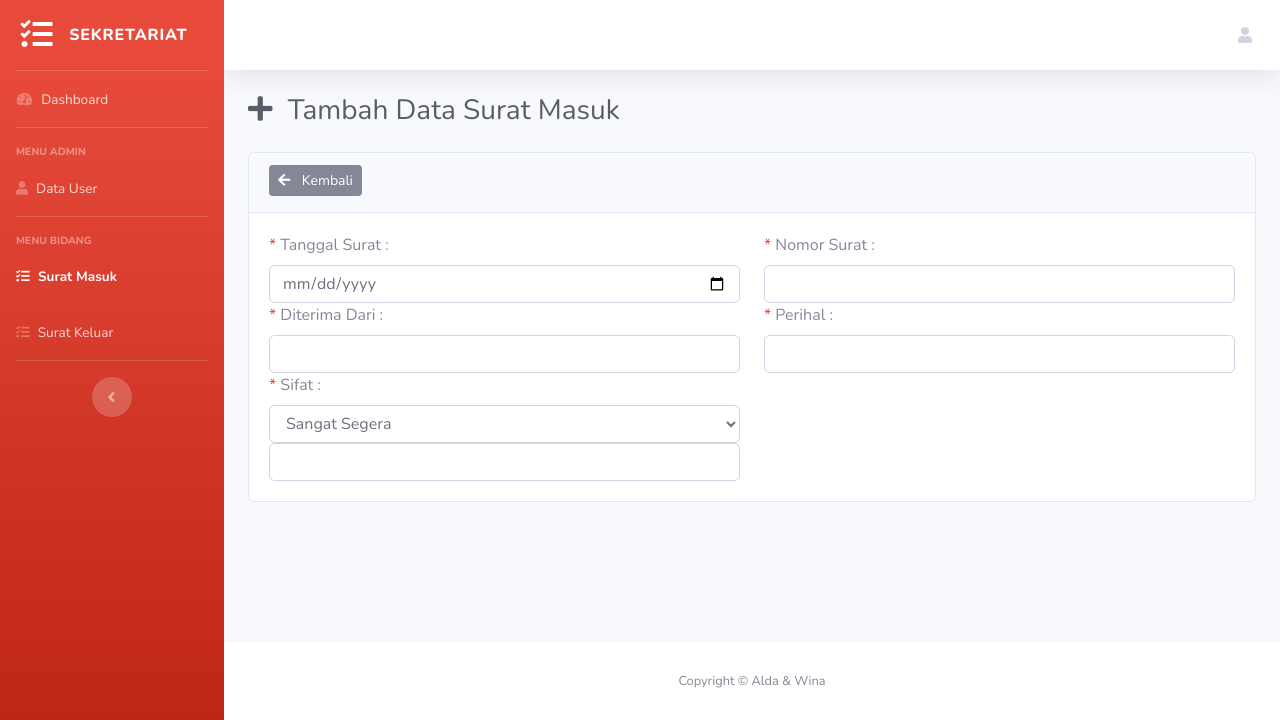
Repository: aldasamrotulfuadah/projek-PKL
Page: http://localhost/suratmasuk/create
An editor plug-in stored every save of this project. The page is shown before and after a run of saves, followed by the edit.
The browser window is 1280 px wide. The pictures show the whole page.
The page is served by the project's Laravel application, run on PHP 8.4 with Laravel 12. A made-up administrator, Test User (test@example.com), is signed in.

Above is the page before, as saved 2026-03-12 11:12:43.

After the next 2 saves:
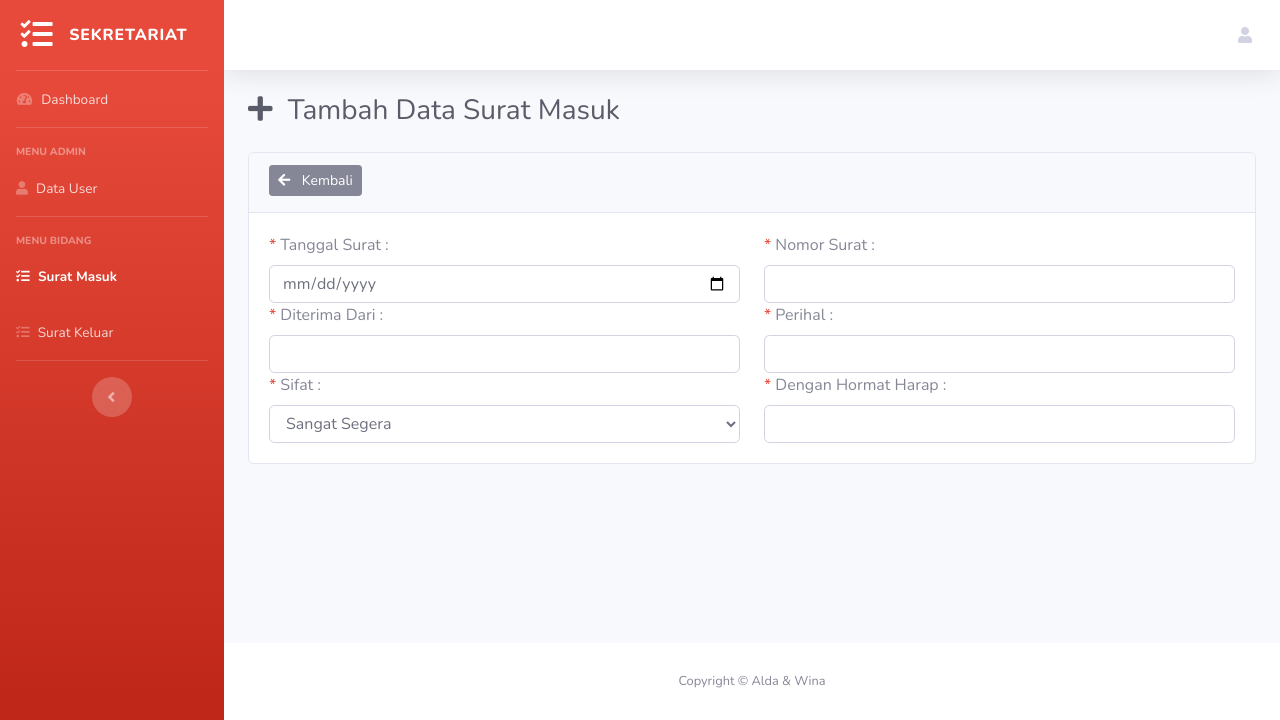
The 2 saves are shown as one change because they came seconds apart.
The last was saved 10 s later.
--- a/resources/views/suratm/create.blade.php
+++ b/resources/views/suratm/create.blade.php
@@ -60,6 +60,7 @@
                   <option value="Sangat_Segera">Sangat Segera</option>
                   <option value="Segera">Segera</option>
                   <option value="Rahasia">Rahasia</option>
+                  </select>
                 </div>
                 <div class="col-6">
                     <label class="form-label">
